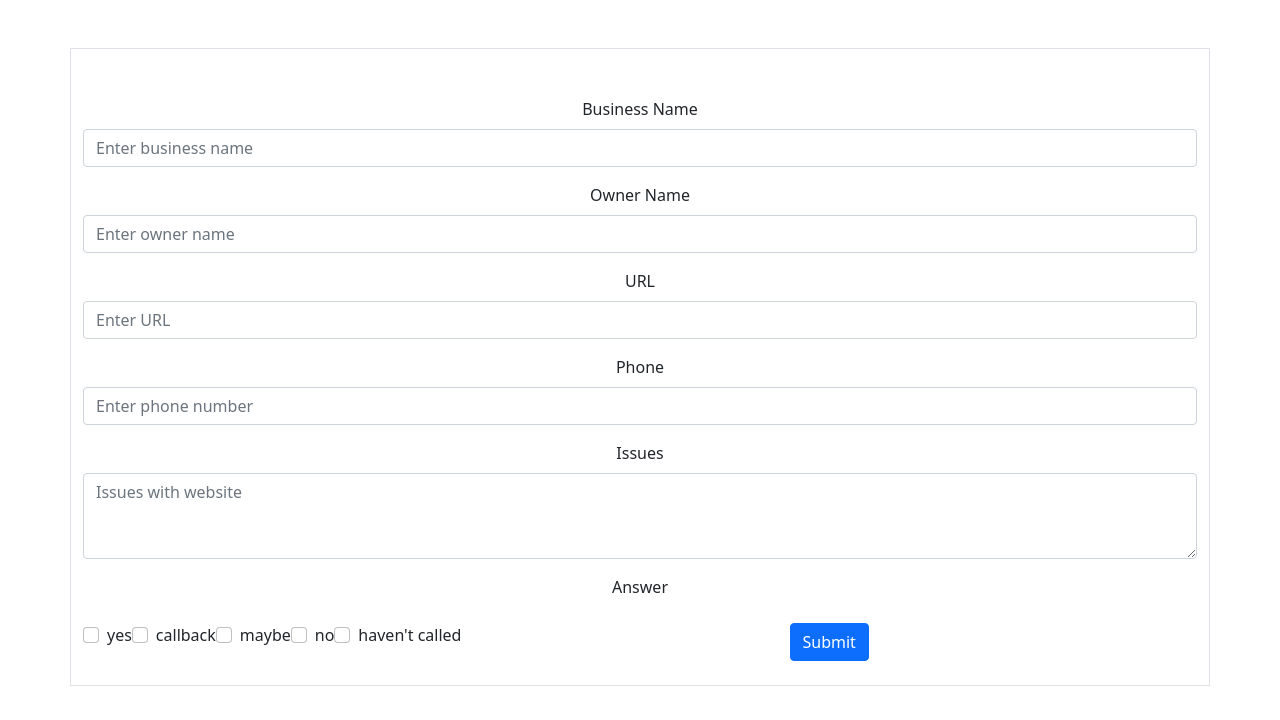
Repository: gabe126679/cold-calls
Page: /
An editor plug-in stored every save of this project. The page is shown before and after the next save, followed by the edit.
The browser window is 1280 px wide. The pictures show the whole page.
The project was rebuilt for these pictures with package versions that can differ from the ones it lists, and the page was loaded fresh each time. Also part of the build but not shown: src/components/Edit.js.

Above is the page before, as saved 2022-07-01 14:35:00.

### src/App.js
import './App.css';
import { BrowserRouter, Routes, Route } from "react-router-dom";
import Dashboard from "./components/Dashboard";
import Edit from "./components/Edit";

function App() {
  return (
    <BrowserRouter>
    <div className="App">
      <Routes>
        <Route exact path='/'element={<Dashboard />} />
        <Route exact path='/edit'element={<Edit />} />
      </Routes>
    </div>
  </BrowserRouter>
  );
}

export default App;

### src/components/Dashboard.js
import React, { useState, useEffect } from 'react';
import { Form, Button } from 'react-bootstrap';
import { db } from '../firebase';
import { collection , onSnapshot, serverTimestamp, addDoc } from 'firebase/firestore';
import 'bootstrap/dist/css/bootstrap.min.css';

function Dashboard() {
    const [todos, setTodos]=useState([]);
    const [businessName, setBusinessName]=useState("");
    const [ownerName, setOwnerName]=useState("");
    const [URL, setURL]=useState("");
    const [phone, setPhone]=useState("");
    const [issues, setIssues]=useState("");
    const [notes, setNotes]=useState("");
    const [answer, setAnswer]=useState("");

    const handleChange = (e) => {
        if (e.target.id === "businessName") {
            setBusinessName(e.target.value);
        }
        if (e.target.id === "ownerName") {
            setOwnerName(e.target.value);
        }
        if (e.target.id === "URL") {
            setURL(e.target.value);
        }
        if (e.target.id === "phone") {
            setPhone(e.target.value);
        }
        if (e.target.id === "issues") {
            setIssues(e.target.value);
        }
        if (e.target.id === "notes") {
            setNotes(e.target.value);
        }
        if (e.target.id === "yes") {
            setAnswer(e.target.id);
            console.log(answer)
        }
        if (e.target.id === "callback") {
            setAnswer(e.target.id);
            console.log(answer)
        }
        if (e.target.id === "maybe") {
            setAnswer(e.target.id);
            console.log(answer)
        }
        if (e.target.id === "no") {
            setAnswer(e.target.id);
            console.log(answer)
        }
        if (e.target.id === "haventCalled") {
            setAnswer(e.target.id);
            console.log(answer)
        }
    }

    const handleSubmit = (e) => {
        e.preventDefault();
        const stateObject = {
            businessName,
            ownerName,
            URL,
            phone,
            issues,
            notes,
            answer
        }

        console.log(stateObject);
        // onSnapshot(collection(db,'todos'),(snapshot)=>{
        //     snapshot.docs.map((doc) => {
        //         console.log(doc.data())
        //     })
        // })

    }

  return (
    <div>
        <br/>
        <br/>

        <Form onSubmit={handleSubmit} className="container border">
            <br/>
            <br/>
            <Form.Group onChange={handleChange} className="mb-3" controlId="businessName">
                <Form.Label>Business Name</Form.Label>
                <Form.Control type="text" placeholder="Enter business name" />
            </Form.Group>
            <Form.Group onChange={handleChange} className="mb-3" controlId="ownerName">
                <Form.Label>Owner Name</Form.Label>
                <Form.Control type="text" placeholder="Enter owner name" />
            </Form.Group>
            <Form.Group onChange={handleChange} className="mb-3" controlId="url">
                <Form.Label>URL</Form.Label>
                <Form.Control type="text" placeholder="Enter URL" />
            </Form.Group>
            <Form.Group onChange={handleChange} className="mb-3" controlId="phoneNumber">
                <Form.Label>Phone</Form.Label>
                <Form.Control type="text" placeholder="Enter phone number" />
            </Form.Group>
            <Form.Group onChange={handleChange} className="mb-3" controlId="issues">
                <Form.Label>Issues</Form.Label>
                <Form.Control as="textarea" rows={3} placeholder="Issues with website" />
            </Form.Group>
            <Form.Label>Answer</Form.Label>
            <div className="check-section">
                <Form.Group onChange={handleChange} className="mb-3" controlId="yes">
                    <Form.Check type="checkbox" label="yes" className="float-start" />
                </Form.Group>
                <Form.Group onChange={handleChange} className="mb-3" controlId="callback">
                    <Form.Check type="checkbox" label="callback" className="float-start" />
                </Form.Group>
                <Form.Group onChange={handleChange} className="mb-3" controlId="maybe">
                    <Form.Check type="checkbox" label="maybe" className="float-start" />
                </Form.Group>
                <Form.Group onChange={handleChange} className="mb-3" controlId="no">
                    <Form.Check type="checkbox" label="no" className="float-start" />
                </Form.Group>
                <Form.Group onChange={handleChange} className="mb-3" controlId="haventCalled">
                    <Form.Check type="checkbox" label="haven't called" className="float-start" />
                </Form.Group>
            </div>
            <Button variant="primary" type="submit">
                Submit
            </Button>
            <br/>
            <br/>
        </Form>

    </div>
  )
}

export default Dashboard

### src/firebase.js
// Import the functions you need from the SDKs you need
import { initializeApp } from "firebase/app";
// TODO: Add SDKs for Firebase products that you want to use
// https://firebase.google.com/docs/web/setup#available-libraries
import { getFirestore } from 'firebase/firestore';
// Your web app's Firebase configuration
const firebaseConfig = {
  apiKey: "AIzaSyAENMMuHojzChnlRCjCR-1wtZDMf130KWo",
  authDomain: "coldcalls-208a6.firebaseapp.com",
  projectId: "coldcalls-208a6",
  storageBucket: "coldcalls-208a6.appspot.com",
  messagingSenderId: "722065440430",
  appId: "1:722065440430:web:5d5aeceaed9aaa2151773f"
};

// Initialize Firebase
const firebaseApp = initializeApp(firebaseConfig);
const db = getFirestore(firebaseApp);
export { db }

Loaded but not shown: public/index.html (common file); src/index.js (common file); src/index.css (common file); src/reportWebVitals.js (common file); src/App.css (common file)

After the next save:
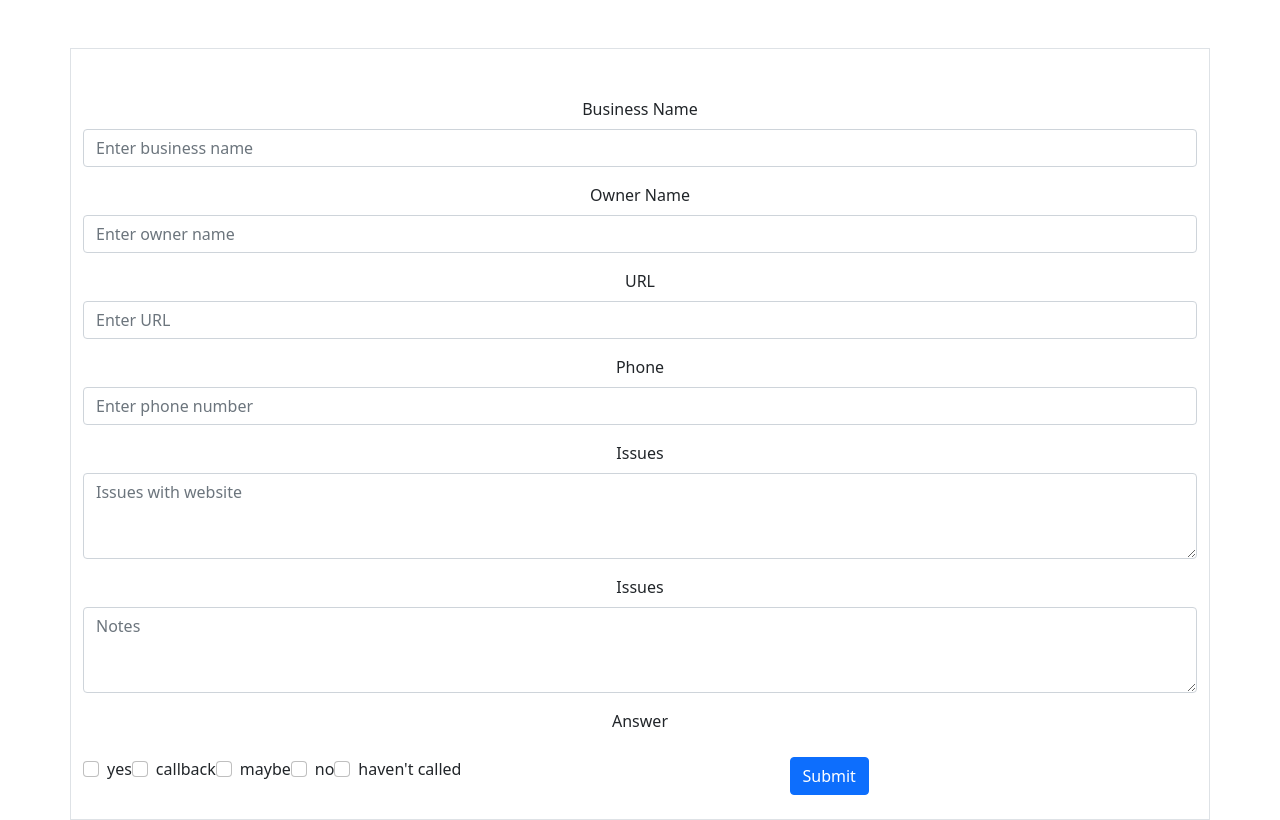
Saved 76 s later.
--- a/src/components/Dashboard.js
+++ b/src/components/Dashboard.js
@@ -96,13 +96,17 @@ function Dashboard() {
                 <Form.Label>URL</Form.Label>
                 <Form.Control type="text" placeholder="Enter URL" />
             </Form.Group>
-            <Form.Group onChange={handleChange} className="mb-3" controlId="phoneNumber">
+            <Form.Group onChange={handleChange} className="mb-3" controlId="phone">
                 <Form.Label>Phone</Form.Label>
                 <Form.Control type="text" placeholder="Enter phone number" />
             </Form.Group>
             <Form.Group onChange={handleChange} className="mb-3" controlId="issues">
                 <Form.Label>Issues</Form.Label>
                 <Form.Control as="textarea" rows={3} placeholder="Issues with website" />
+            </Form.Group>
+            <Form.Group onChange={handleChange} className="mb-3" controlId="notes">
+                <Form.Label>Issues</Form.Label>
+                <Form.Control as="textarea" rows={3} placeholder="Notes" />
             </Form.Group>
             <Form.Label>Answer</Form.Label>
             <div className="check-section">
